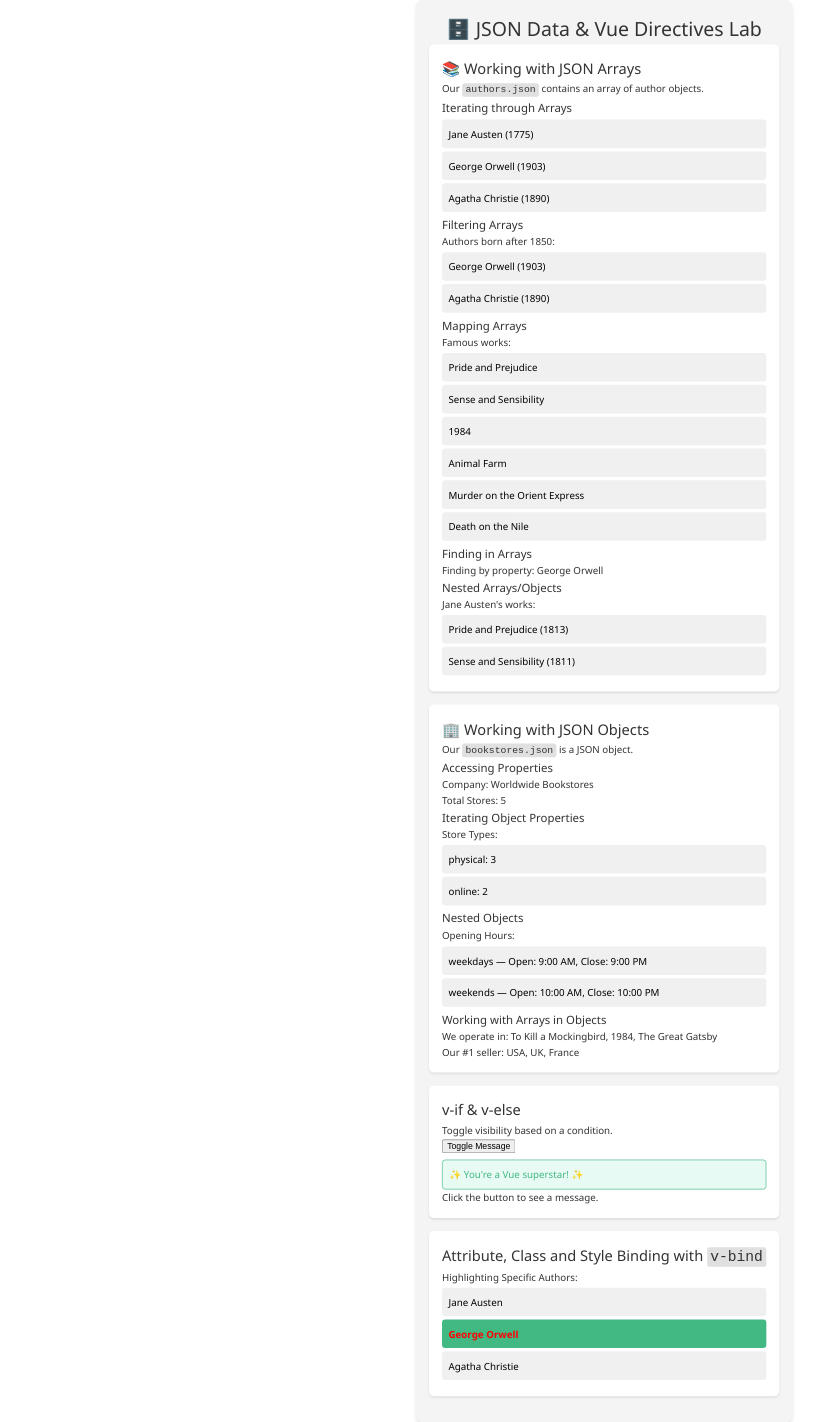
Repository: Andrew-JX/mji-library
Page: /
The author's editor kept a copy of each file at every save. The page is drawn from the files as they stood at one save, then again after the next save.
The browser window is 1280 px wide. The pictures show the whole page, at 65% of full size.
The project was rebuilt for these pictures with package versions that can differ from the ones it lists, and the page was loaded fresh each time. Also part of the build but not shown: vite.config.js.

Above is the page before, as saved 2025-08-06 17:58:28.

### src/App.vue
<script setup>
import JSONView from "./components/JSON.vue";
</script>

<template>
  <header>
  </header>

  <main>
    <JSONView />
  </main>
</template>

<style scoped>
header {
  line-height: 1.5;
}

.logo {
  display: block;
  margin: 0 auto 2rem;
}

@media (min-width: 1024px) {
  header {
    display: flex;
    place-items: center;
    padding-right: calc(var(--section-gap) / 2);
  }

  .logo {
    margin: 0 2rem 0 0;
  }

  header .wrapper {
    display: flex;
    place-items: flex-start;
    flex-wrap: wrap;
  }
}
</style>

### src/components/JSON.vue
<!-- JSONLab.vue -->
<template>
  <div class="json-lab">
    <h1>🗄️ JSON Data & Vue Directives Lab</h1>

    <section class="lab-section">
      <h2>📚 Working with JSON Arrays</h2>
      <p>Our <code>authors.json</code> contains an array of author objects.</p>

      <h3>Iterating through Arrays</h3>
      <!-- Activity 6: Render a list containing author names and their birth years. Hint: Make use of the v-for directive to iterate through the array of authors. -->
      <!-- TODO: CODE TO RENDER LIST OF AUTHORS HERE -->
      <ul>
        <li v-for="author in authors" :key="author.id">
          {{ author.name }} ({{ author.birthYear }})
        </li>
      </ul>
      <h3>Filtering Arrays</h3>
      <!-- Activity 7: Render a list containing authors born after 1850. Hint: Make use of the v-for directive to iterate through the array of authors that you have filtered out. -->
      <p>Authors born after 1850:</p>
      <!-- TODO: CODE TO RENDER LIST OF AUTHORS HERE -->
      <ul>
        <li v-for="author in modernAuthors" :key="author.id">
          {{ author.name }} ({{ author.birthYear }})
        </li>
      </ul>
      <h3>Mapping Arrays</h3>
      <p>Famous works:</p>
      <ul>
        <!-- Activity 8: Render a list of all famous works. Hint: Use the v-for directive to iterate through the array of authors that you have filtered out. -->
        <li v-for="work in allFamousWorks" :key="work">
          {{ work }}
        </li>
      </ul>

      <h3>Finding in Arrays</h3>
      <p>Finding by property: {{ orwell?.name }}</p>

      <h3>Nested Arrays/Objects</h3>
      <p>{{ austen?.name }}'s works:</p>
      <!-- Activity 9: Render a list of Austen's works. Hint: Use the v-for directive to iterate through the array of authors that you have filtered out. -->
      <!-- TODO: CODE TO RENDER LIST OF AUSTEN'S WORKS HERE -->
      <ul>
        <li v-for="work in austen?.famousWorks" :key="work.title">
          {{ work.title }} ({{ work.year }})
        </li>
      </ul>
    </section>

    <section class="lab-section">
      <h2>🏢 Working with JSON Objects</h2>
      <p>Our <code>bookstores.json</code> is a JSON object.</p>

      <h3>Accessing Properties</h3>
      <p>
        Company:
        <!-- Activity 9a: Get the company name from the bookstores object. -->
        <!-- TODO: CODE TO GET COMPANY NAME HERE -->
        {{ bookstores.name }}
      </p>

      <p>
        Total Stores:
        <!-- Activity 9b: Get the total number of stores from the bookstores object. -->
        <!-- TODO: CODE TO GET TOTAL STORES HERE -->
        {{ bookstores.totalStores }}
      </p>

      <h3>Iterating Object Properties</h3>
      <p>Store Types:</p>
      <!-- Activity 10: Iterate through the storeTypes array and display the store type and the number of stores that use that type. -->
      <!-- TODO: CODE TO RENDER LIST OF STORE TYPES HERE -->
      <ul>
        <li v-for="(count, type) in bookstores.storeTypes" :key="type">
          {{ type }}: {{ count }}
        </li>
      </ul>
      <h3>Nested Objects</h3>
      <p>Opening Hours:</p>
      <!-- Activity 11: Iterate through the openingHours object and display the day of the week and the opening and closing times. -->
      <!-- TODO: CODE TO RENDER LIST OF OPENING HOURS HERE -->
      <ul>
        <li v-for="(hours, day) in bookstores.openingHours" :key="day">
          {{ day }} — Open: {{ hours.open }}, Close: {{ hours.close }}
        </li>
      </ul>
      <h3>Working with Arrays in Objects</h3>
      <!-- Activity 12: Get the top sellers from the bookstores object. -->
      <!-- TODO: CODE TO GET TOP SELLERS HERE -->
      <p>We operate in: {{ bookstores.topSellers.join(', ') }}</p>
      <p>Our #1 seller: {{ bookstores.countries.join(', ') }}</p>
    </section>

    <section class="lab-section">
      <h2>v-if & v-else</h2>
      <p>Toggle visibility based on a condition.</p>
      <!-- Activity 13: Toggle the message visibility when the button is clicked. -->
      <!-- TODO: CODE TO TOGGLE MESSAGE VISIBILITY HERE. Hint: Use the v-if directive. -->
      <button @click="showMessage = !showMessage">Toggle Message</button>
      <p class="message success">✨ You're a Vue superstar! ✨</p>
      <p>Click the button to see a message.</p>
    </section>

    <section class="lab-section">
      <h2>Attribute, Class and Style Binding with <code>v-bind</code></h2>
      <p>Highlighting Specific Authors:</p>
      <ul>
        <li v-for="author in authors" :key="author.id" :class="{ highlight: author.name === 'George Orwell' }"
          :style="author.name === 'George Orwell' ? 'color: red; font-weight: bold' : ''">
          {{ author.name }}
        </li>
      </ul>
    </section>
  </div>
</template>

<script setup>
import { ref, computed } from "vue"
import authorsData from '../assets/json/authors.json'
import bookstoresData from '../assets/json/bookstores.json'
// Activity 1: Import JSON files (authors.json and bookstores.json)
// TODO: CODE TO IMPORT JSON FILES HERE
const authors = ref(authorsData)
const bookstores = ref(bookstoresData)
// Activity 13: Toggle message visibility
const showMessage = ref(false)

// Activity 2: Get authors born after 1850
const modernAuthors = computed(() =>
  authors.value.filter(author => author.birthYear > 1850)
)

// Activity 3: Get all famous works
const allFamousWorks = computed(() =>
  // TODO: CODE TO GET ALL FAMOUS WORKS HERE
  authors.value.flatMap(author => author.famousWorks.map(work => work.title))
)

// Activity 4: Find author by name
const orwell = computed(() =>
  // TODO: CODE TO FIND AUTHOR BY NAME HERE
  authors.value.find(author => author.name === 'George Orwell')
)

// Activity 5: Find author by ID
const austen = computed(() =>
  // TODO: CODE TO FIND AUTHOR BY ID HERE
  authors.value.find(author => author.id === 1)
)
</script>

<style scoped>
.json-lab {
  font-family: "Segoe UI", Tahoma, Geneva, Verdana, sans-serif;
  max-width: 80vw;
  margin: 0 auto;
  padding: 20px;
  background-color: #f4f4f4;
  border-radius: 10px;
  box-shadow: 0 4px 6px rgba(0, 0, 0, 0.1);
  color: #333;
}

h1,
h2 {
  color: #333;
}

h1 {
  text-align: center;
}

.lab-section {
  background-color: white;
  padding: 20px;
  margin-bottom: 20px;
  border-radius: 8px;
  box-shadow: 0 2px 4px rgba(0, 0, 0, 0.1);
}

.message {
  padding: 10px;
  border-radius: 5px;
  margin-top: 10px;
}

.success {
  background-color: #e7faf3;
  color: #42b883;
  border: 1px solid #42b883;
}

.highlight {
  background-color: #42b883;
}

code {
  background-color: #e0e0e0;
  padding: 2px 5px;
  border-radius: 4px;
  font-family: "Courier New", Courier, monospace;
}

ul {
  list-style-type: none;
  padding: 0;
}

li {
  background-color: #f0f0f0;
  padding: 10px;
  margin: 5px 0;
  border-radius: 5px;
  color: #000;
}
</style>

Loaded but not shown: index.html (common file); src/main.js (common file); src/assets/main.css (common file); src/assets/base.css (common file); src/assets/json/authors.json (common file); src/assets/json/bookstores.json (common file)

After the next save:
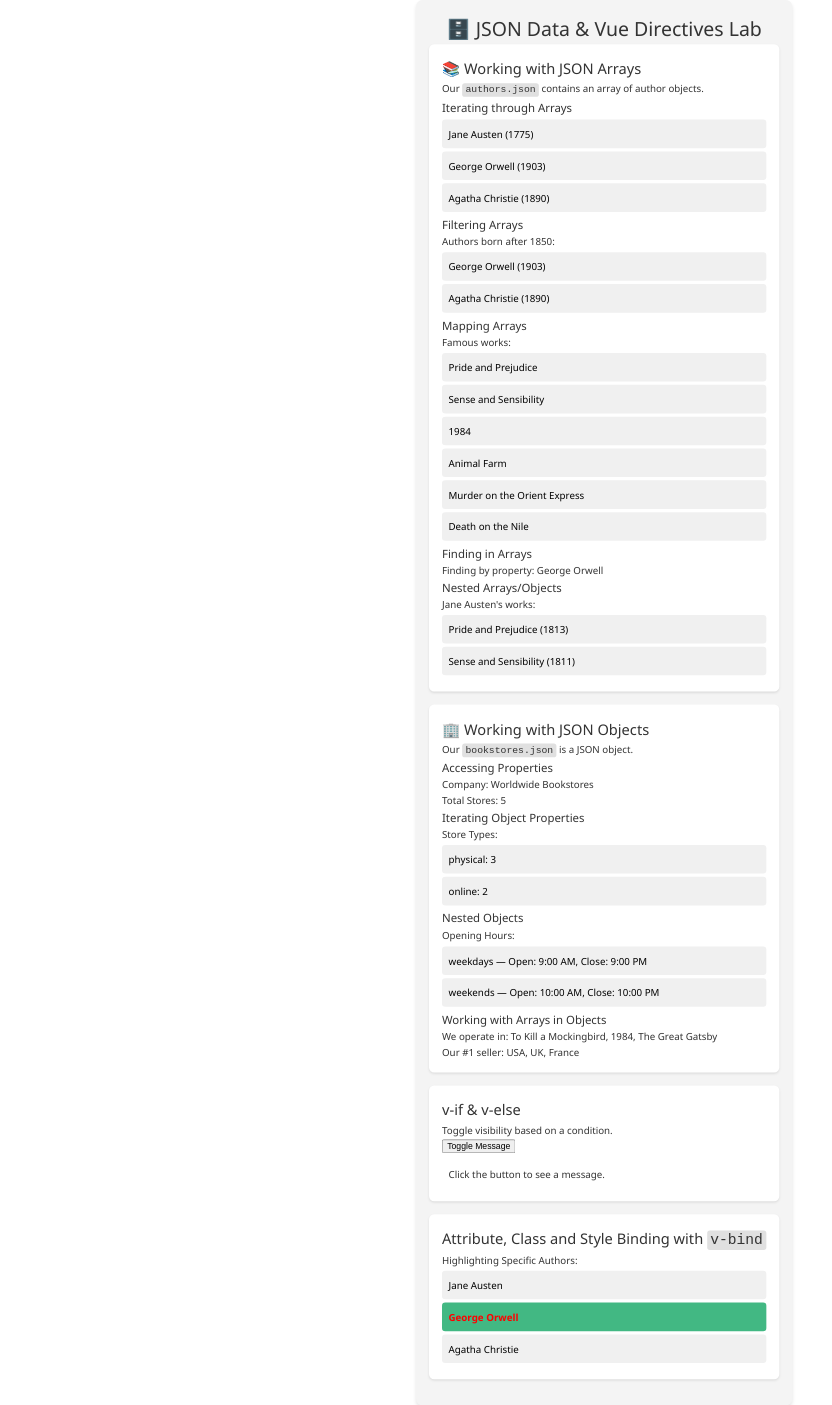
Saved 16 min 13 s later.
--- a/src/components/JSON.vue
+++ b/src/components/JSON.vue
@@ -95,10 +95,15 @@
       <h2>v-if & v-else</h2>
       <p>Toggle visibility based on a condition.</p>
       <!-- Activity 13: Toggle the message visibility when the button is clicked. -->
-      <!-- TODO: CODE TO TOGGLE MESSAGE VISIBILITY HERE. Hint: Use the v-if directive. -->
       <button @click="showMessage = !showMessage">Toggle Message</button>
-      <p class="message success">✨ You're a Vue superstar! ✨</p>
-      <p>Click the button to see a message.</p>
+      <!-- Show this only when showMessage 为 true -->
+      <p v-if="showMessage" class="message success">
+        ✨ You're a Vue superstar! ✨
+      </p>
+      <!-- 否则显示这段 -->
+      <p v-else class="message">
+        Click the button to see a message.
+      </p>
     </section>
 
     <section class="lab-section">
